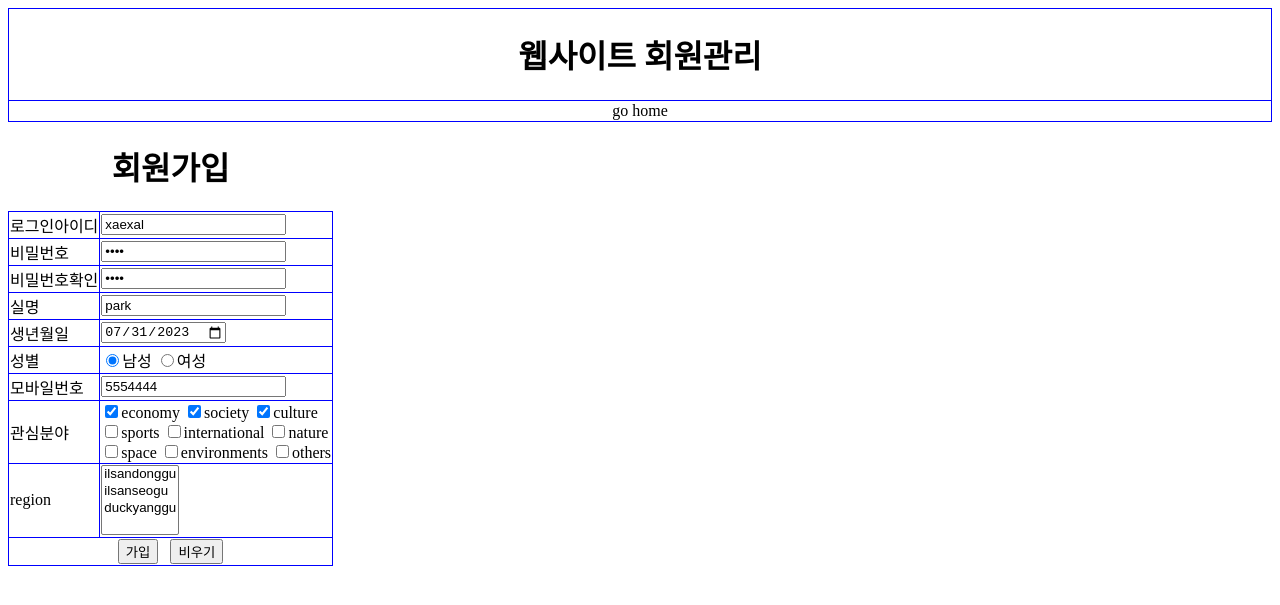
Repository: Sleepingco/HimediaJava
Page: http://localhost/HelloWorld/WEB-INF/views/member/signup.jsp
The author's editor kept a copy of each file at every save. The page is drawn from the files as they stood at one save, then again after the next save.
The browser window is 1280 px wide. The pictures show the whole page.
The page is served by Tomcat 10. Nobody is signed in. Other server files are loaded and not shown. The template is opened directly, without the code that normally fills it, so the values that code supplies are empty.

Above is the page before, as saved 2023-07-31 07:22:22.

### HelloWorld/src/main/webapp/WEB-INF/views/member/signup.jsp
<%@ page language="java" contentType="text/html; charset=UTF-8"
    pageEncoding="UTF-8"%>
<!DOCTYPE html>
<html>
<head>
<meta charset="UTF-8">
<title>회원가입</title>
</head>
<%@ include file="header.jsp" %>
<form id=frmMember method=post action=signup> <!-- action은 실행시 뒤에 써줄 url을 써주면됨 -->
<table>
<caption><h1>회원가입</h1></caption>
<tbody>
<tr><td>로그인아이디</td><td><input type=text name=userid id='userid' value="xaexal"></td></tr>
<tr><td>비밀번호</td><td><input type=password name=passcode1 id='passcode1'value="1234"></td></tr>
<tr><td>비밀번호확인</td><td><input type=password id='passcode2'value="1234"></td></tr>
<tr><td>실명</td><td><input type=text name=name id='name'value="park"></td></tr>
<tr><td>생년월일</td><td><input type=date name=birthday id='birthday'value="2023-07-31"></td></tr>
<tr><td>성별</td><td><input type=radio name=gender id='male' value=male checked>남성
					<input type=radio name=gender id='female' value=female>여성</td></tr>
<tr><td>모바일번호</td><td><input type=text name=mobile id='mobile'value="5554444"></td></tr>
<tr><td>관심분야</td>
	<td><input type=checkbox name=interest value='economy' checked>economy
		<input type=checkbox name=interest value='society' checked>society
		<input type=checkbox name=interest value='culture' checked>culture<br>
		<input type=checkbox name=interest value='sports'>sports
		<input type=checkbox name=interest value='international'>international
		<input type=checkbox name=interest value='nature'>nature<br>
		<input type=checkbox name=interest value='space'>space
		<input type=checkbox name=interest value='environments'>environments
		<input type=checkbox name=interest value='others'>others
	</td>
</tr>
<tr><td>region</td>
	<td><select name=region size=4 multiple>
		<option value="ilsandonggu">ilsandonggu</option>
		<option value="ilsanseogu">ilsanseogu</option>
		<option value="duckyangu">duckyanggu</option>
	</select>
<tr><td colspan=2 align=center>
	<input type=submit id=btnSubmit value='가입'> &nbsp;
	<%-- 정보가 request로 넘어감 받을때도 getrequest로 씀
	<%
	request.setAttribute("adress","ILSAN");
	%>  --%>
	<input type=reset id=btnReset value='비우기'></td></tr>
</tbody>
</table>
</form>
</body>
<script src="https://code.jquery.com/jquery-latest.js"></script>
<script>
$(document)
.on('click','#btnSubmit',function(){
	if($('#userid').val()==''||$('#userid').val()==null){
		alert("id값이 입력되지 않음");
		return false;
	}
	if($('#passcode1').val()==''||$('#passcode1').val()==null){
		alert("비번값이 입력되지 않음");
		return false;
	}
	if($('#passcode2').val()==''||$('#passcode2').val()==null){
		alert("비번확인값이 입력되지 않음");
		return false;
	}
	if($('#passcode2').val()!=$('#passcode1').val()){
		alert("비번과 비번확인값이 다름");
		return false;
	}
	if($('#name').val()==''||$('#name').val()==null){
		alert("이름이 입력되지 않음");
		return false;
	}
	if($('#birthday').val()==''||$('#birthday').val()==null){
		alert("생일이 입력되지 않음");
		return false;
	}
	if (!$("#male").is(':checked') && !$("#female").is(':checked')) {
	    alert('성별을 입력하세요');
	     return false;
	 }
	if($('#mobile').val()==''||$('#mobile').val()==null){
		alert("전번값이 입력되지 않음");
		return false;
	}
	/* if($('#interest:selected').length<1){
		return false;
	}  */
	return true;
})
</script>

</html>

### HelloWorld/src/main/webapp/WEB-INF/views/member/header.jsp
<%@ page language="java" contentType="text/html; charset=UTF-8"
    pageEncoding="UTF-8"%>
<style>
table{
	border-collapse:collapse
}
td {
	border:1px solid blue
}
</style>
<body>
<table style='width:100%'>
<tr>
	<td align=center><h1>웹사이트 회원관리</h1></td>
</tr>
<tr>
	<td align=center> go home</td>
</tr>
</table>

After the next save:
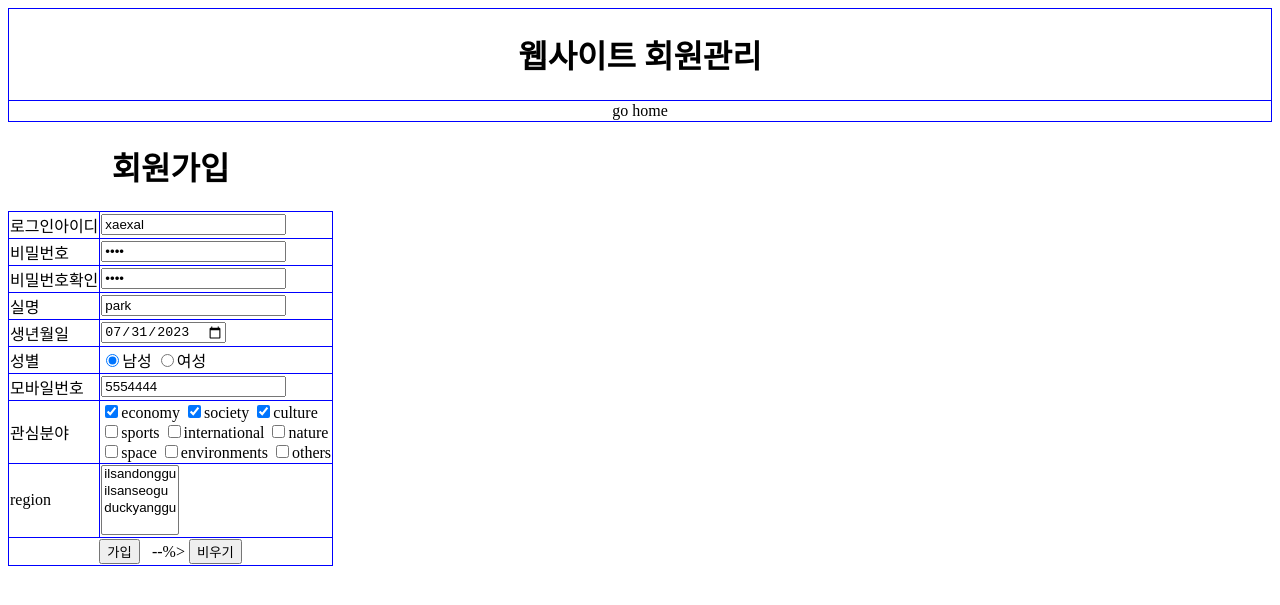
Saved 16 s later.
--- a/HelloWorld/src/main/webapp/WEB-INF/views/member/signup.jsp
+++ b/HelloWorld/src/main/webapp/WEB-INF/views/member/signup.jsp
@@ -39,10 +39,10 @@
 	</select>
 <tr><td colspan=2 align=center>
 	<input type=submit id=btnSubmit value='가입'> &nbsp;
-	<%-- 정보가 request로 넘어감 받을때도 getrequest로 씀
+	<%-- <%-- 정보가 request로 넘어감 받을때도 getrequest로 씀
 	<%
 	request.setAttribute("adress","ILSAN");
-	%>  --%>
+	%>  --%> --%>
 	<input type=reset id=btnReset value='비우기'></td></tr>
 </tbody>
 </table>
